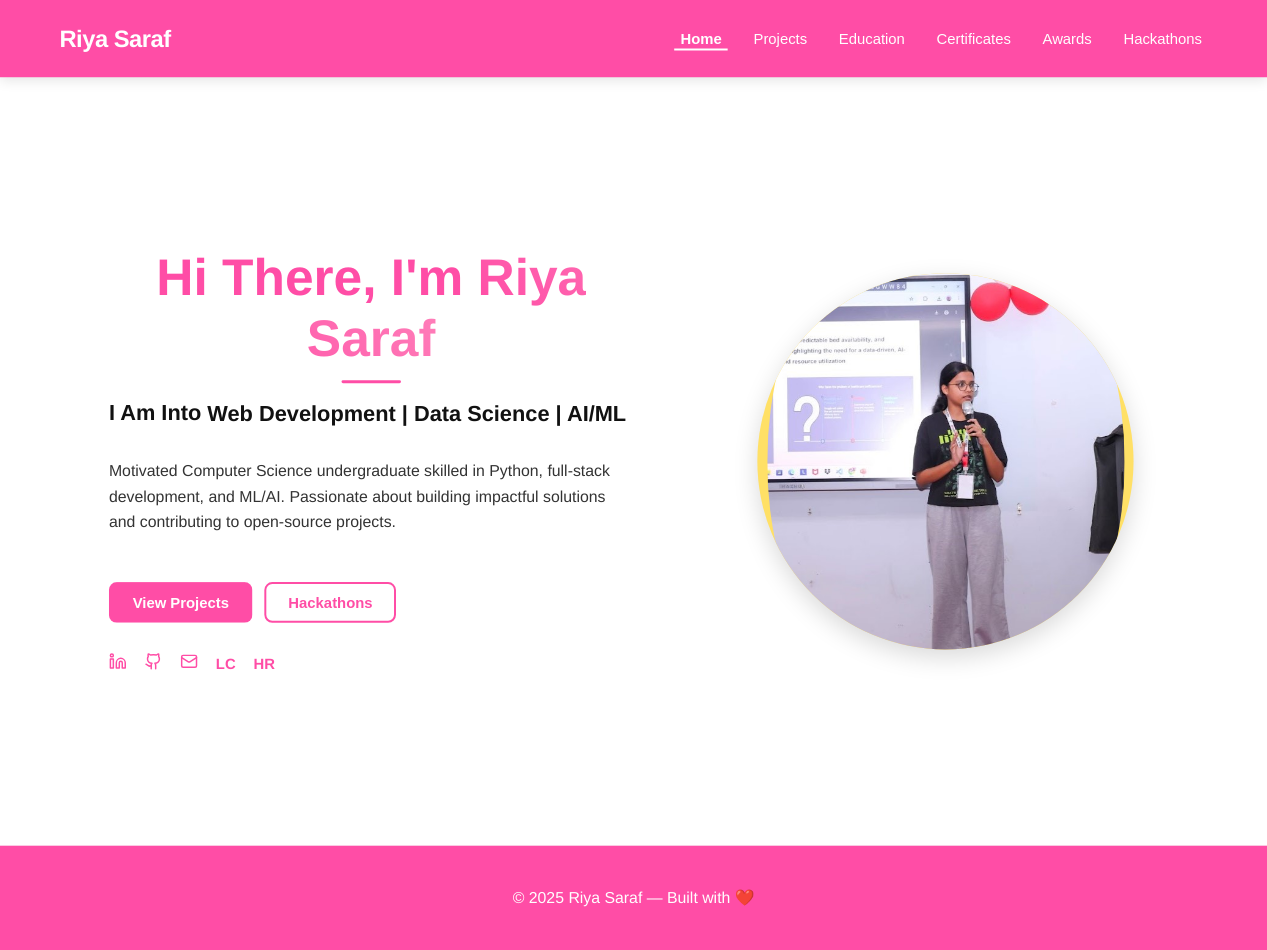
Repository: riyaaaa19/riya-portfolio
Page: /
The author's editor kept a copy of each file at every save. The page is drawn from the files as they stood at one save, then again after the next save.
The browser window is 1280 px wide. The pictures show the whole page, at 99% of full size.
The project was rebuilt for these pictures with package versions that can differ from the ones it lists, and the page was loaded fresh each time. Also part of the build but not shown: src/components/TimelineCard.js.

Above is the page before, as saved 2025-09-13 18:37:34.

After the next save:
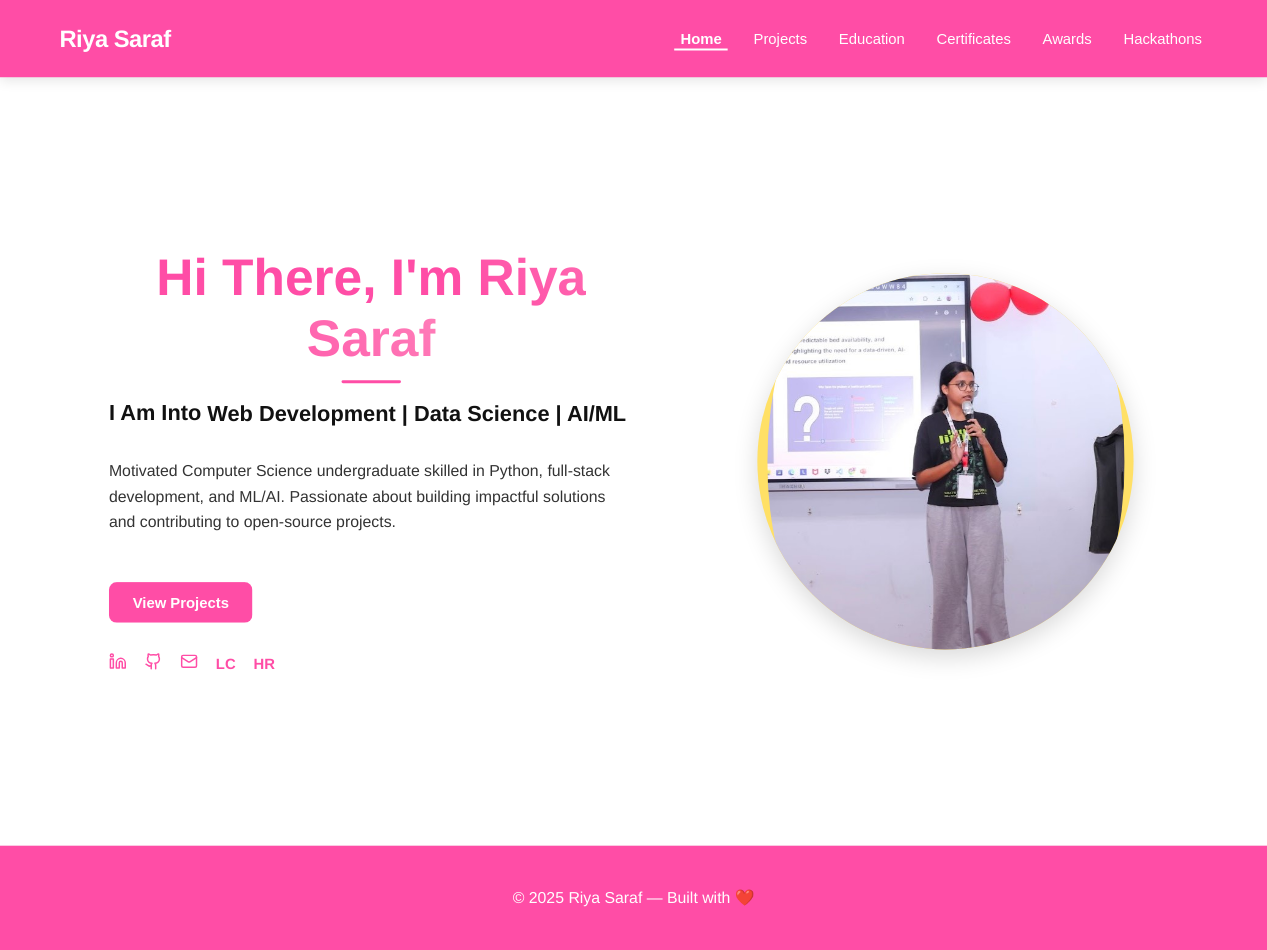
Saved 2 min 12 s later.
--- a/src/App.js
+++ b/src/App.js
@@ -141,9 +141,6 @@ export default function RiyaSarafPortfolio() {
               <button className="cta" onClick={() => setActivePage("projects")}>
                 View Projects
               </button>
-              <button className="outline" onClick={() => setActivePage("hackathons")}>
-                Hackathons
-              </button>
             </div>
             <div className="social-icons">
               <a href="https://linkedin.com/in/riya-saraf-9223a9257" target="_blank" rel="noreferrer">
